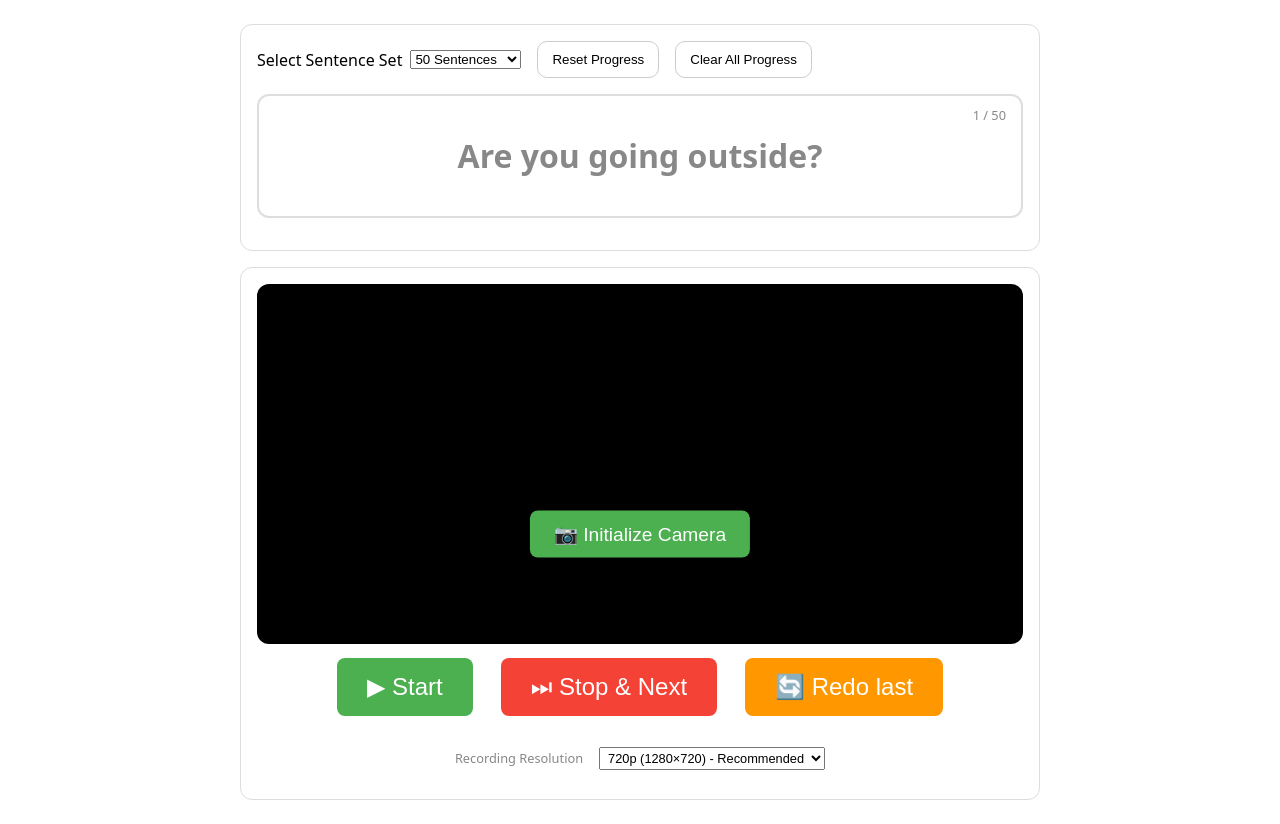
Repository: video2speech/video2speech.github.io
Page: index.html
The author's editor kept a copy of each file at every save. The page is drawn from the files as they stood at one save, then again after the next save.
The browser window is 1280 px wide. The pictures show the whole page.

Above is the page before, as saved 2025-09-04 12:39:11.

After the next save:
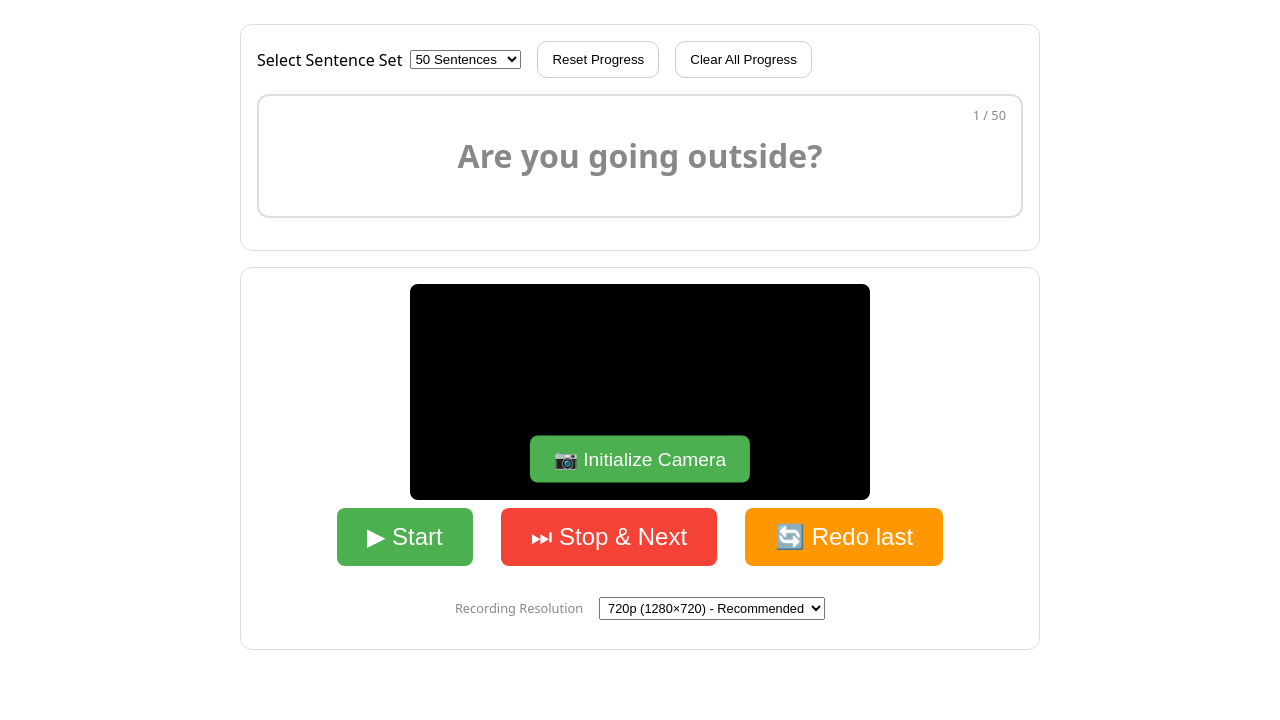
Saved 2 min 49 s later.
--- a/index.html
+++ b/index.html
@@ -6,7 +6,7 @@
   body{font-family:system-ui,-apple-system,Segoe UI,Roboto,Helvetica,Arial,sans-serif;max-width:800px;margin:24px auto;padding:0 16px;line-height:1.5}
   .card{border:1px solid #ddd;border-radius:12px;padding:16px;margin:16px 0}
   .row{display:flex;gap:8px;flex-wrap:wrap;align-items:center}
-  video{width:100%;max-height:50vh;background:#000;border-radius:12px}
+  video{width:60%;max-height:30vh;background:#000;border-radius:8px;margin:0 auto;display:block}
   button{padding:10px 14px;border-radius:10px;border:1px solid #ccc;background:#fff;transition:all 0.1s ease}
   button:active{opacity:.8;transform:scale(0.95)}
   input,textarea{width:100%;padding:10px;border-radius:10px;border:1px solid #ccc}
